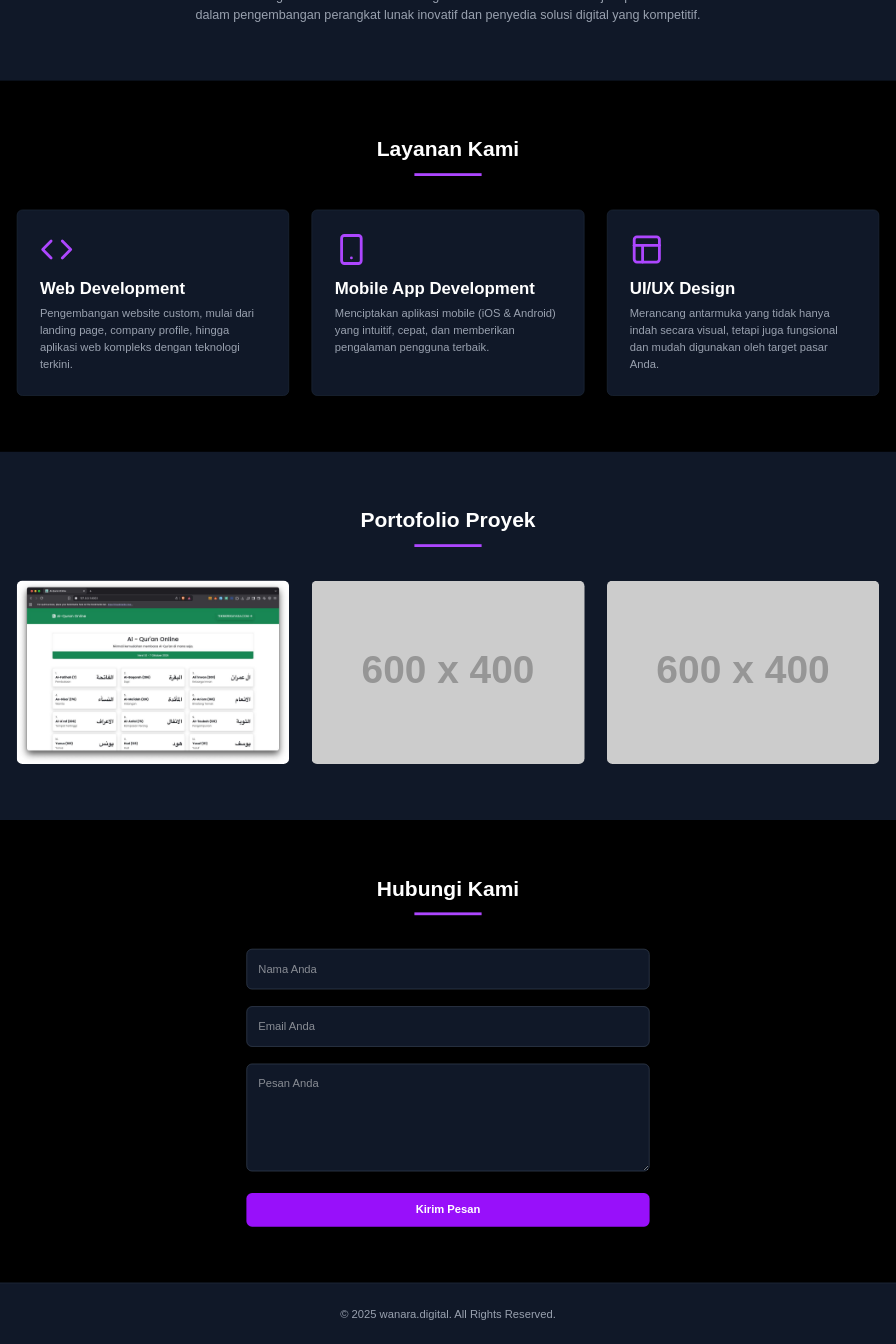
Repository: EmilMaulana/wanara-digital
Page: /
The author's editor kept a copy of each file at every save. The page is drawn from the files as they stood at one save, then again after the next save.
The browser window is 1280 px wide. The pictures show the part of the page from y = 908 to 2828 px (the page is 2830 px tall), at 70% of full size.
The project was rebuilt for these pictures with package versions that can differ from the ones it lists, and the page was loaded fresh each time. The framework's server and built-in components were replaced by stand-ins that run in the browser. Also part of the build but not shown: next.config.mjs.

Above is the page before, as saved 2025-06-07 15:38:51.

After the next save:
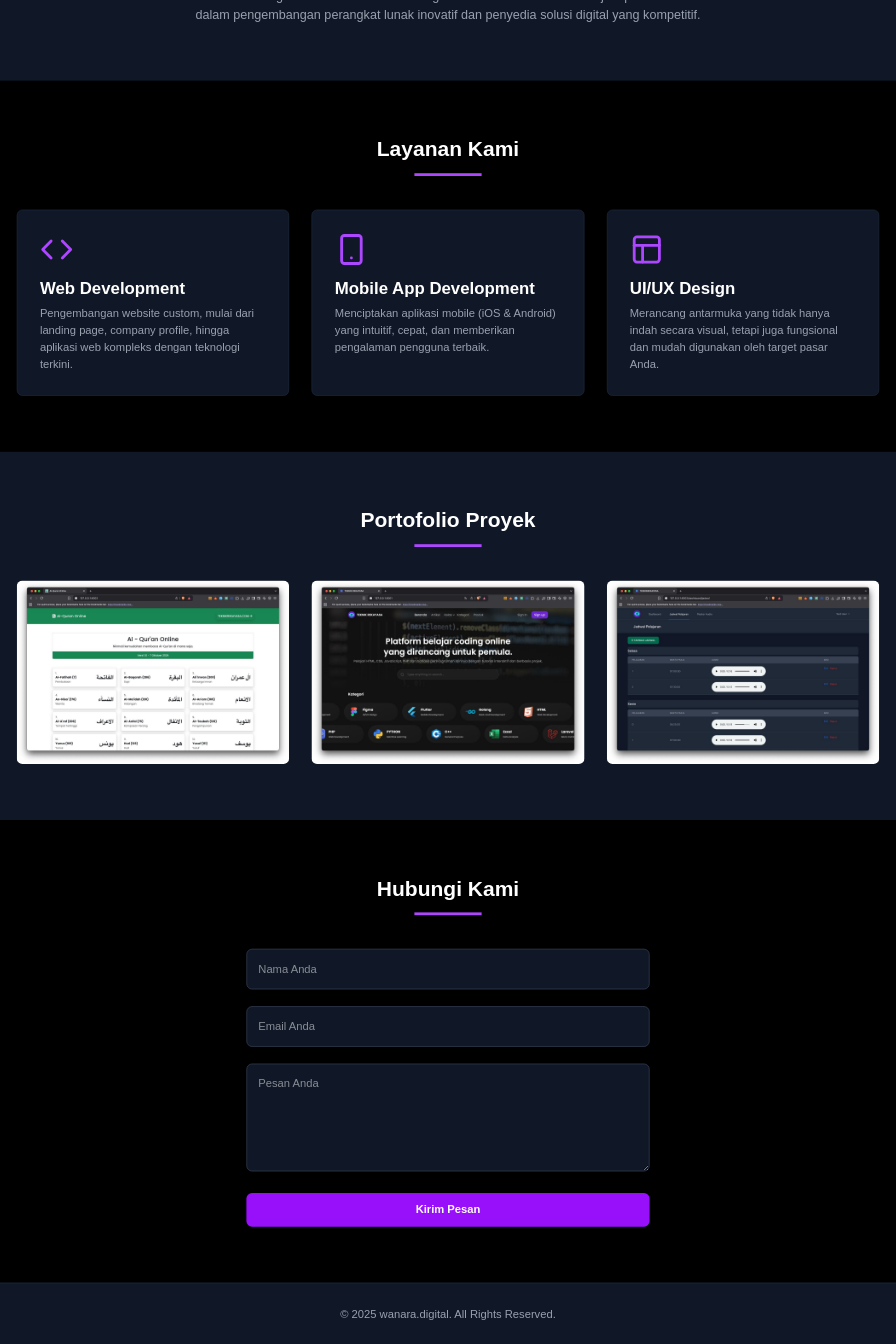
Saved 29 s later.
--- a/src/app/page.js
+++ b/src/app/page.js
@@ -104,7 +104,7 @@ export default function Home() {
                 </div>
               </div>
               <div className="group relative overflow-hidden rounded-lg">
-                <img src="https://via.placeholder.com/600x400/8B5CF6/FFFFFF?text=Proyek+B" alt="Proyek B" className="w-full h-full object-cover transition-transform duration-500 group-hover:scale-110" />
+                <img src="./img/proyek 2.jpeg" alt="Proyek B" className="w-full h-full object-cover transition-transform duration-500 group-hover:scale-110" />
                 <div className="absolute inset-0 bg-black bg-opacity-70 flex items-center justify-center opacity-0 group-hover:opacity-100 transition-opacity duration-300">
                    <div className="text-center">
                     <h4 className="text-xl font-bold">Aplikasi E-Commerce</h4>
@@ -113,7 +113,7 @@ export default function Home() {
                 </div>
               </div>
               <div className="group relative overflow-hidden rounded-lg">
-                <img src="https://via.placeholder.com/600x400/8B5CF6/FFFFFF?text=Proyek+C" alt="Proyek C" className="w-full h-full object-cover transition-transform duration-500 group-hover:scale-110" />
+                <img src="./img/proyek 3.jpeg" alt="Proyek C" className="w-full h-full object-cover transition-transform duration-500 group-hover:scale-110" />
                 <div className="absolute inset-0 bg-black bg-opacity-70 flex items-center justify-center opacity-0 group-hover:opacity-100 transition-opacity duration-300">
                    <div className="text-center">
                     <h4 className="text-xl font-bold">Desain Sistem Keuangan</h4>
